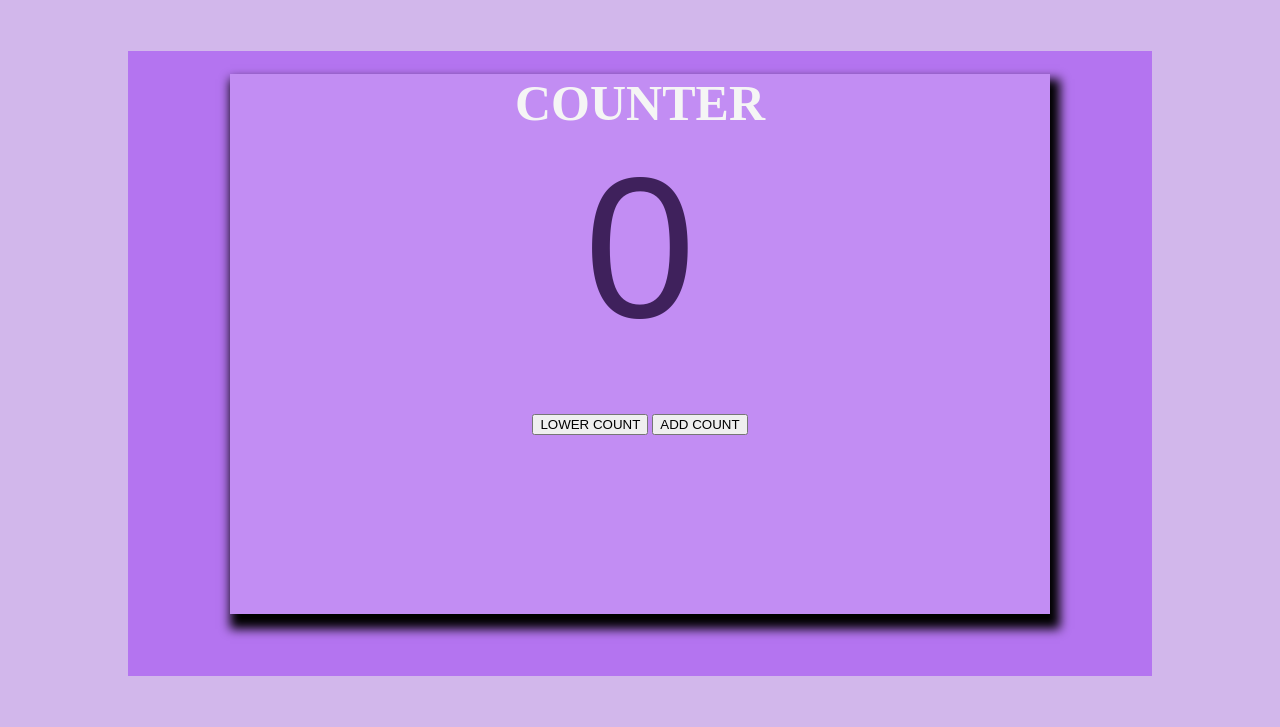
Repository: AnahitKhechumyan/Counter
Page: index.html
The author's editor kept a copy of each file at every save. The page is drawn from the files as they stood at one save, then again after the next save.
The browser window is 1280 px wide. The pictures show the whole page.

Above is the page before, as saved 2022-02-14 17:51:42.

After the next save:
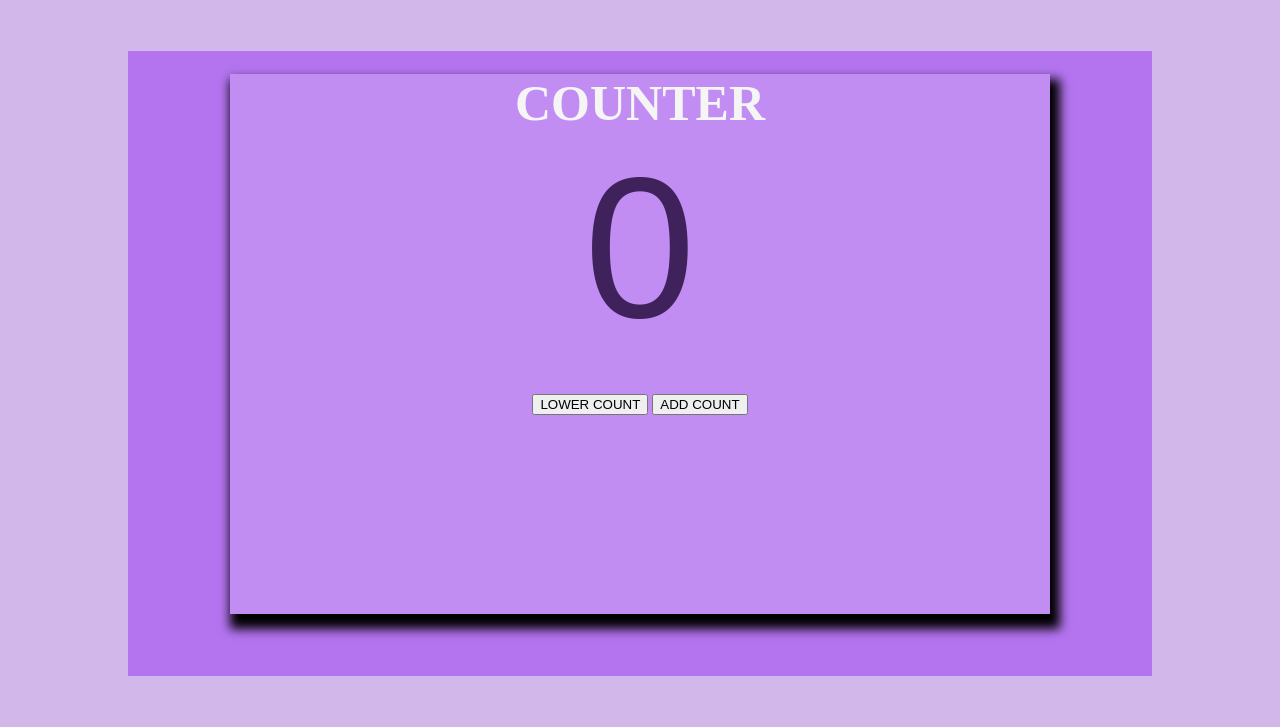
Saved 17 s later.
--- a/style.css
+++ b/style.css
@@ -34,7 +34,7 @@ input{
     text-align: center;
 }
  .change{
-    padding:50px;
+    padding:30px;
 
  }
 #decrement{
